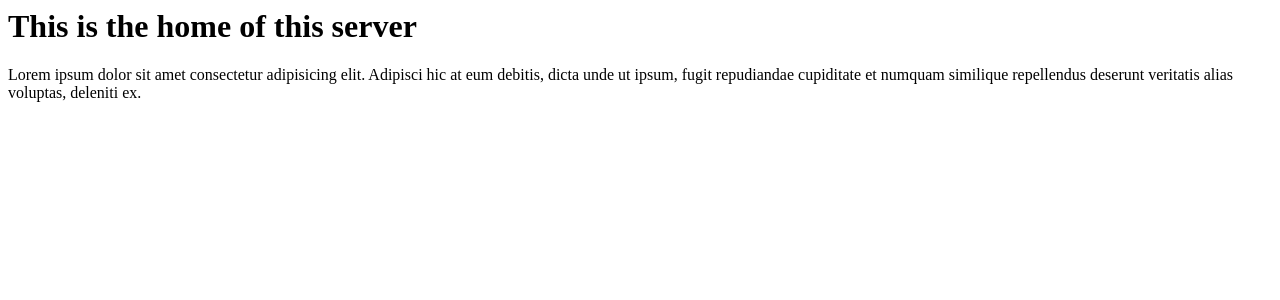
Repository: 0101chaitanya/basic-node-server
Page: about.html
The author's editor kept a copy of each file at every save. The page is drawn from the files as they stood at one save, then again after the next save.
The browser window is 1280 px wide. The pictures show the whole page.

Above is the page before, as saved 2021-08-25 15:28:58.

After the next save:
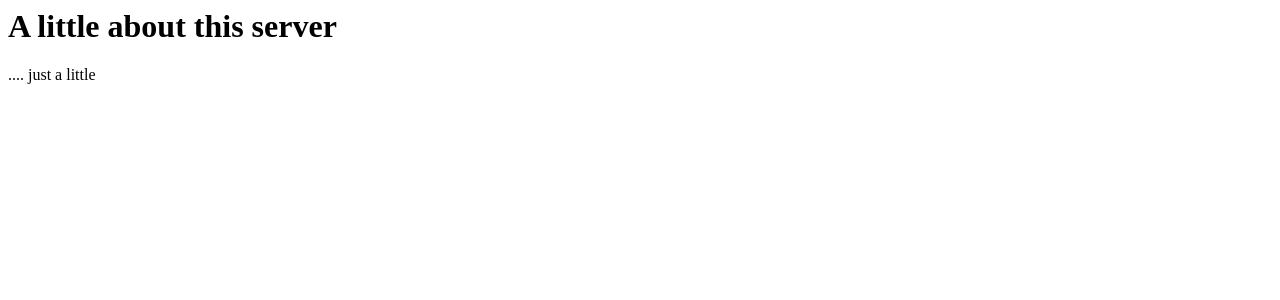
Saved 38 s later.
--- a/about.html
+++ b/about.html
@@ -8,9 +8,8 @@
 </head>
 
 <body>
-    <h1>This is the home of this server</h1>
-    <p>Lorem ipsum dolor sit amet consectetur adipisicing elit. Adipisci hic at eum debitis, dicta unde ut ipsum, fugit repudiandae cupiditate et numquam similique repellendus deserunt veritatis alias voluptas, deleniti ex.
-    </p>
+    <h1>A little about this server </h1>
+    <p>.... just a little</p>
     <h4></h4>
 </body>
 
